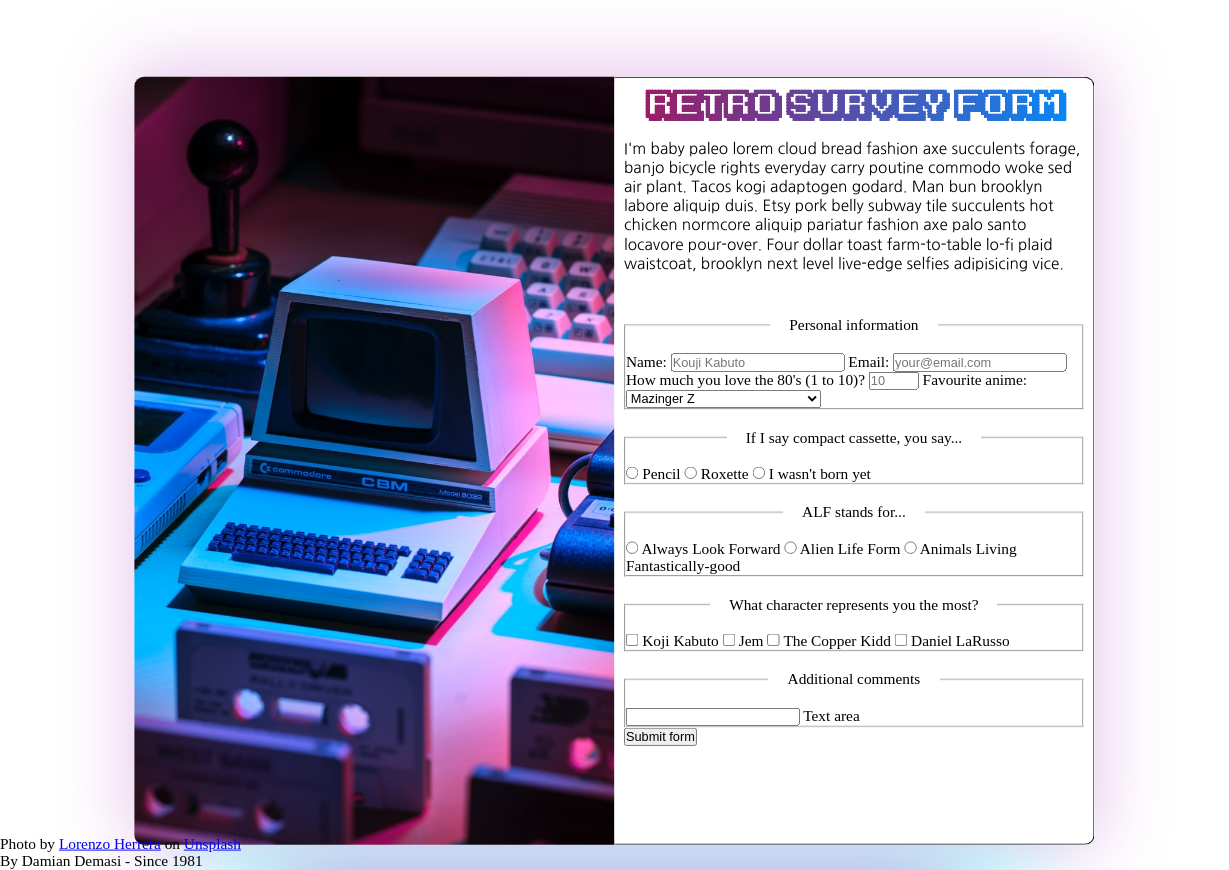
Repository: Colo-Codes/freecodecamp-02-Build-a-Survey-Form
Page: index.html
An editor plug-in stored every save of this project. The page is shown before and after the next save, followed by the edit.
The browser window is 1280 px wide. The pictures show the whole page, at 96% of full size.

Above is the page before, as saved 2021-05-18 17:38:48.

After the next save:
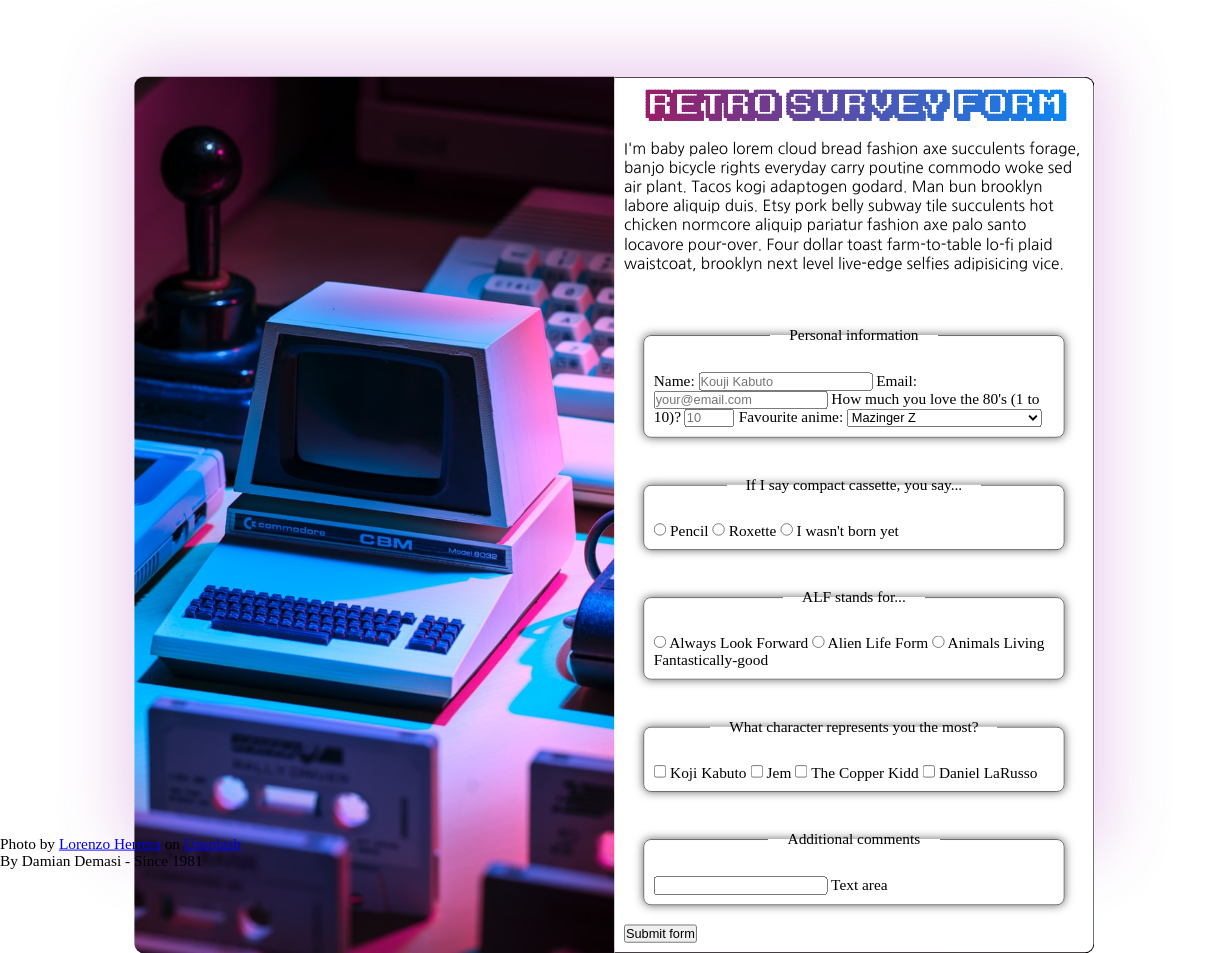
Saved 61 s later.
--- a/resources/css/index.css
+++ b/resources/css/index.css
@@ -68,6 +68,14 @@ header p {
     padding: 1em 10px 1em 10px;
     font-family: 'Nanum Gothic', sans-serif;
 }
+fieldset {
+    margin: 20px;
+    padding: 0 10px 10px;
+    border: 1px solid #666;
+    border-radius: 8px;
+    box-shadow: 0 0 10px #666;
+    padding-top: 10px;
+  }
 legend {
     padding: 20px;
     text-align: center;
